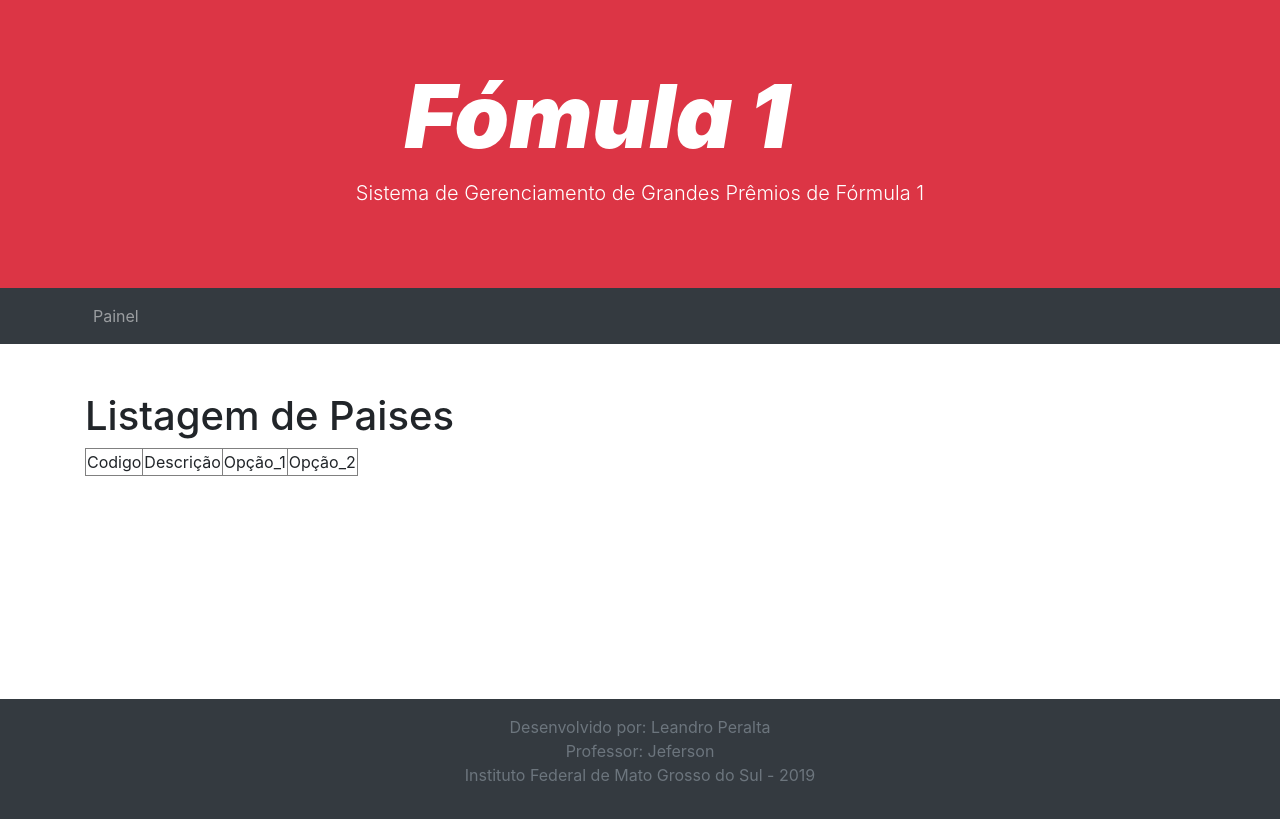
Repository: lperalta13/Formula1_Java
Page: http://localhost/formula1/listaPais.jsp
These files come from the project's save history. The page is drawn as it stood at one moment and after the next save; the edit follows.
The browser window is 1280 px wide. The pictures show the whole page.
The page is served by Tomcat 9. The template is opened directly, without the code that normally fills it, so the values that code supplies are empty.

Above is the page before, as saved 2019-12-11 21:28:24.

After the next save:
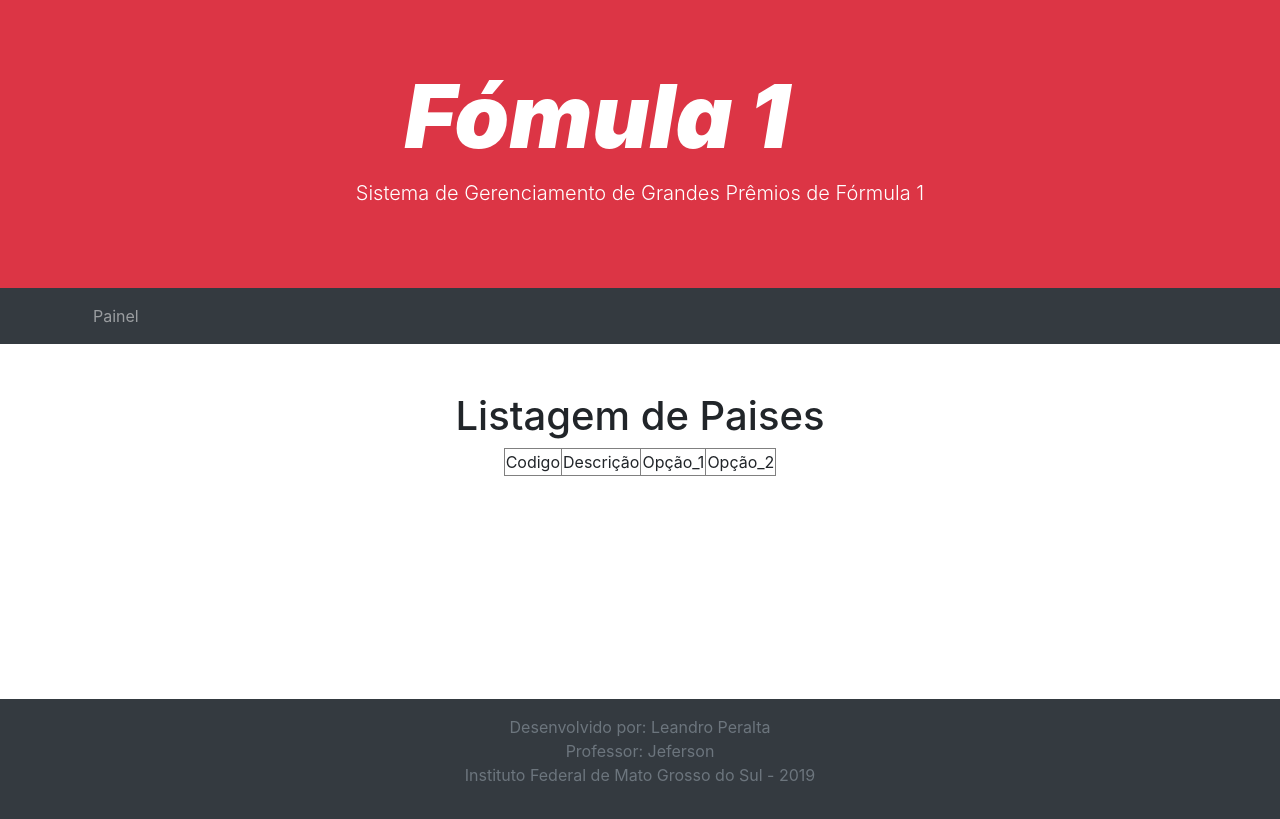
Saved 72 s later.
--- a/formula1/WebContent/listaPais.jsp
+++ b/formula1/WebContent/listaPais.jsp
@@ -42,7 +42,7 @@
       </div>
     </div>
     </nav>
-<div class="container">
+<div class="container" align="center">
 	<div class="row mt-5">
 		<div class="col-md-12">
 			<h1>Listagem de Paises</h1>
